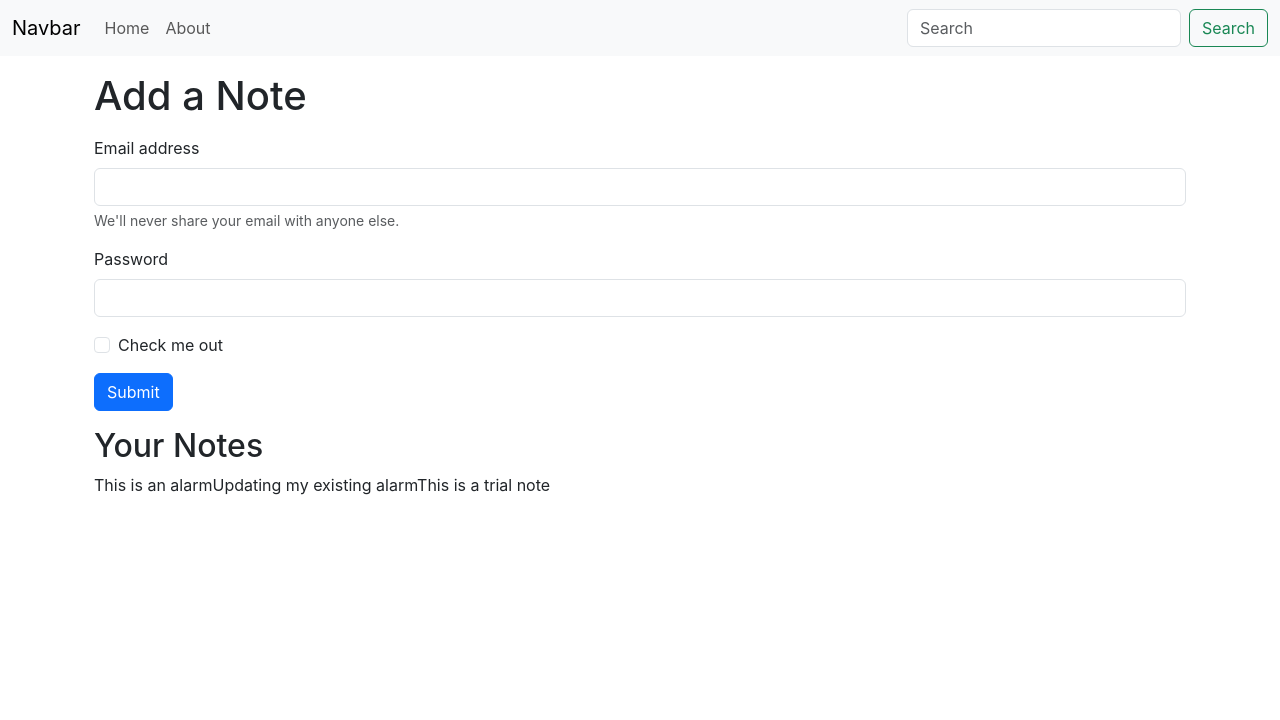
Repository: bhaveshdaipuria/inotebook
Page: /home
These files come from the project's save history. The page is drawn as it stood at one moment and after the next save; the edit follows.
The browser window is 1280 px wide. The pictures show the whole page.
The project was rebuilt for these pictures with package versions that can differ from the ones it lists, and the page was loaded fresh each time. Also part of the build but not shown: src/App.css, src/components/About.js.

Above is the page before, as saved 2023-05-03 13:54:17.

### public/index.html
<!DOCTYPE html>
<html lang="en">
  <head>
    <meta charset="utf-8" />
    <link rel="icon" href="%PUBLIC_URL%/favicon.ico" />
    <meta name="viewport" content="width=device-width, initial-scale=1" />
    <meta name="theme-color" content="#000000" />
    <meta
      name="description"
      content="Web site created using create-react-app"
    />
    <link rel="apple-touch-icon" href="%PUBLIC_URL%/logo192.png" />
    <link href="https://cdn.jsdelivr.net/npm/bootstrap@5.3.0-alpha3/dist/css/bootstrap.min.css" rel="stylesheet" integrity="sha384-KK94CHFLLe+nY2dmCWGMq91rCGa5gtU4mk92HdvYe+M/SXH301p5ILy+dN9+nJOZ" crossorigin="anonymous">
    <!--
      manifest.json provides metadata used when your web app is installed on a
      user's mobile device or desktop. See https://developers.google.com/web/fundamentals/web-app-manifest/
    -->
    <link rel="manifest" href="%PUBLIC_URL%/manifest.json" />
    <!--
      Notice the use of %PUBLIC_URL% in the tags above.
      It will be replaced with the URL of the `public` folder during the build.
      Only files inside the `public` folder can be referenced from the HTML.

      Unlike "/favicon.ico" or "favicon.ico", "%PUBLIC_URL%/favicon.ico" will
      work correctly both with client-side routing and a non-root public URL.
      Learn how to configure a non-root public URL by running `npm run build`.
    -->
    <title>iNotebook</title>
  </head>
  <body>
    <noscript>You need to enable JavaScript to run this app.</noscript>
    <div id="root"></div>
    <!--
      This HTML file is a template.
      If you open it directly in the browser, you will see an empty page.

      You can add webfonts, meta tags, or analytics to this file.
      The build step will place the bundled scripts into the <body> tag.

      To begin the development, run `npm start` or `yarn start`.
      To create a production bundle, use `npm run build` or `yarn build`.
    -->
  </body>
  <script src="https://cdn.jsdelivr.net/npm/bootstrap@5.3.0-alpha3/dist/js/bootstrap.bundle.min.js" integrity="sha384-ENjdO4Dr2bkBIFxQpeoTz1HIcje39Wm4jDKdf19U8gI4ddQ3GYNS7NTKfAdVQSZe" crossorigin="anonymous"></script>
</html>

### src/App.js
import './App.css';
import Navbar from './components/Navbar';
import Home  from './components/Home';
import { BrowserRouter, Routes, Route } from 'react-router-dom';
import About from './components/About';
import NoteState from './context/notes/NoteState';

function App() {
  return (
    <>
    <NoteState>
    <BrowserRouter>
    <Navbar/>
    <div className='container'>
      <Routes>
      <Route exact path = '/home' element={<Home/>}/>
      <Route exact path = '/about' element={<About/>}/>
    </Routes>
    </div>
    </BrowserRouter>
    </NoteState>
    </>
  );
}

export default App;

### src/components/Navbar.js
import React, { useEffect } from "react";
import { Link, useLocation } from "react-router-dom";

function Navbar() {
  let location = useLocation();
  useEffect(()=>{
    console.log(location.pathname)
  }, [location]);
  return (
    <nav className="navbar navbar-expand-lg bg-body-tertiary">
      <div className="container-fluid">
        <Link className="navbar-brand" to="/">
          Navbar
        </Link>
        <button
          className="navbar-toggler"
          type="button"
          data-bs-toggle="collapse"
          data-bs-target="#navbarSupportedContent"
          _aria-controls="navbarSupportedContent"
          aria-expanded="false"
          aria-label="Toggle navigation"
        >
          <span className="navbar-toggler-icon"></span>
        </button>
        <div className="collapse navbar-collapse" id="navbarSupportedContent">
          <ul className="navbar-nav me-auto mb-2 mb-lg-0">
            <li className="nav-item">
              <Link className={`nav-link ${location.pathname === '/'?"active":""}`} aria-current="page" to="/home">
                Home
              </Link>
            </li>
            <li className="nav-item">
              <Link className={`nav-link ${location.pathname === '/about'?"active":""}`} to="/about">
                About
              </Link>
            </li>
          </ul>
          <form className="d-flex" role="search">
            <input
              className="form-control me-2"
              type="search"
              placeholder="Search"
              aria-label="Search"
            />
            <button className="btn btn-outline-success" type="submit">
              Search
            </button>
          </form>
        </div>
      </div>
    </nav>
  );
}

export default Navbar;

### src/components/Home.js
import React, {useContext} from 'react';
import noteContext from '../context/notes/noteContext';

function Home() {
  const context = useContext(noteContext);
  const{notes, setNotes} = context;
  return (
    <div>
    <div className='container my-3'>
    <h1>Add a Note</h1>
    <form className='my-3'>
  <div className="mb-3">
    <label for="exampleInputEmail1" className="form-label">Email address</label>
    <input type="email" className="form-control" id="exampleInputEmail1" aria-describedby="emailHelp"/>
    <div id="emailHelp" className="form-text">We'll never share your email with anyone else.</div>
  </div>
  <div className="mb-3">
    <label for="exampleInputPassword1" className="form-label">Password</label>
    <input type="password" className="form-control" id="exampleInputPassword1"/>
  </div>
  <div className="mb-3 form-check">
    <input type="checkbox" className="form-check-input" id="exampleCheck1"/>
    <label className="form-check-label" for="exampleCheck1">Check me out</label>
  </div>
  <button type="submit" className="btn btn-primary">Submit</button>
</form>
</div>
    <div className='container my-3'>
    <h2>Your Notes</h2>
    {notes.map((note)=>{
      return note.title;
    })}
    </div>
    </div>
  )
}

export default Home;

### src/context/notes/NoteState.js
import NoteContext from "./noteContext";
import { useState } from "react";

const  NoteState = (props)=>{
    const notesInitial = [
        {
          "_id": "644f7e8be617961a0e690ce2",
          "user": "644f7d94e617961a0e690ccc",
          "title": "This is an alarm",
          "description": "Wake up at 7AM",
          "tag": "General",
          "date": "2023-05-01T08:55:39.717Z",
          "__v": 0
        },
        {
          "_id": "644f7ea9e617961a0e690ce5",
          "user": "644f7d94e617961a0e690ccc",
          "title": "Updating my existing alarm",
          "description": "Wake me up at 8AM",
          "tag": "Updated Alarm",
          "date": "2023-05-01T08:56:09.511Z",
          "__v": 0
        },
        {
          "_id": "644f8271f19dd960cfe94ffd",
          "user": "644f7d94e617961a0e690ccc",
          "title": "This is a trial note",
          "description": "Trial note description",
          "tag": "General",
          "date": "2023-05-01T09:12:17.622Z",
          "__v": 0
        }
      ]
      const [notes, setNotes] = useState(notesInitial)
    return(
        <NoteContext.Provider value={{notes, setNotes}}>
            {props.children}
        </NoteContext.Provider>
    )
}

export default NoteState;

### src/components/NoteItem.js
import React from 'react'

function NoteItem(props) {
    const {note} = props;
  return (
    <div className='col-mid-3'>
    <div className='card'>
        <div className='card-body'>
            <h5 className='card-title'>{note.title}</h5>
            <p className='card-text'>{note.description}</p>
        </div>
    </div>
    </div>
  )
}

export default NoteItem;

Loaded but not shown: src/index.js (common file); src/index.css (common file); src/context/notes/noteContext.js (common file)

After the next save:
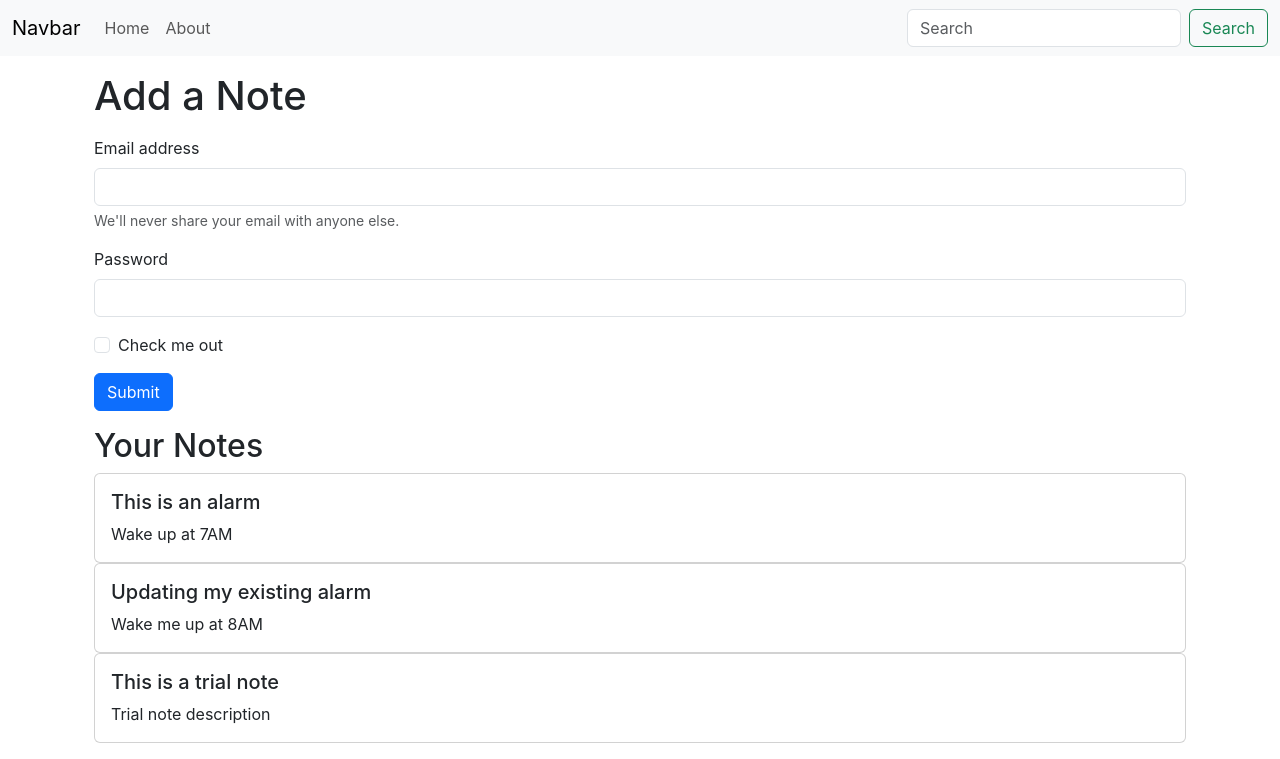
Saved 66 s later.
--- a/src/components/Home.js
+++ b/src/components/Home.js
@@ -1,5 +1,6 @@
 import React, {useContext} from 'react';
 import noteContext from '../context/notes/noteContext';
+import NoteItem from './NoteItem';
 
 function Home() {
   const context = useContext(noteContext);
@@ -28,7 +29,7 @@ function Home() {
     <div className='container my-3'>
     <h2>Your Notes</h2>
     {notes.map((note)=>{
-      return note.title;
+      return <NoteItem note = {note}/>
     })}
     </div>
     </div>
